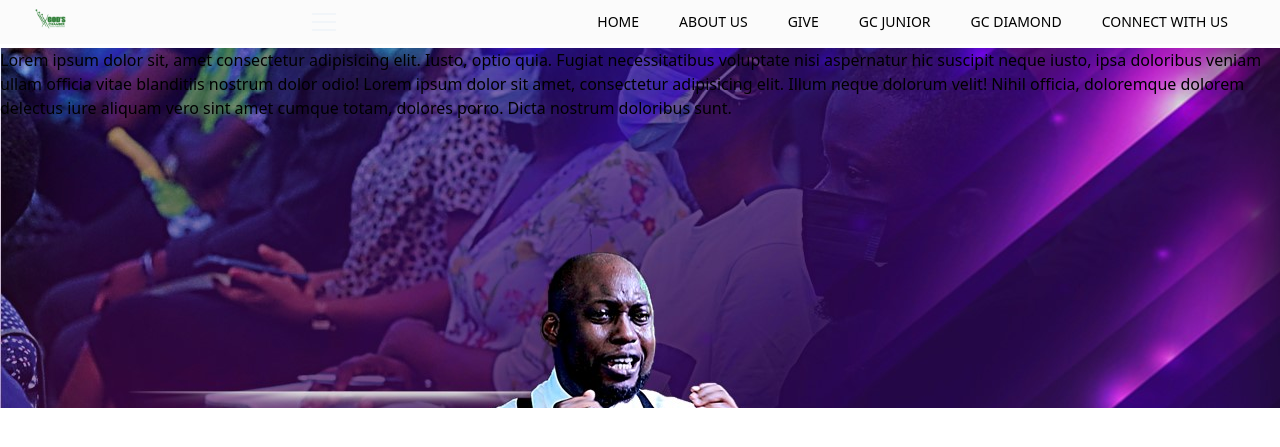
Repository: hisreal123/godschamber-church-main
Page: /
An editor plug-in stored every save of this project. The page is shown before and after a run of saves, followed by the edit.
The browser window is 1280 px wide. The pictures show the whole page.
The project was rebuilt for these pictures with package versions that can differ from the ones it lists, and the page was loaded fresh each time. The framework's server and built-in components were replaced by stand-ins that run in the browser. Also part of the build but not shown: next.config.js.

Above is the page before, as saved 2022-08-14 22:30:34.

After the next 2 saves:
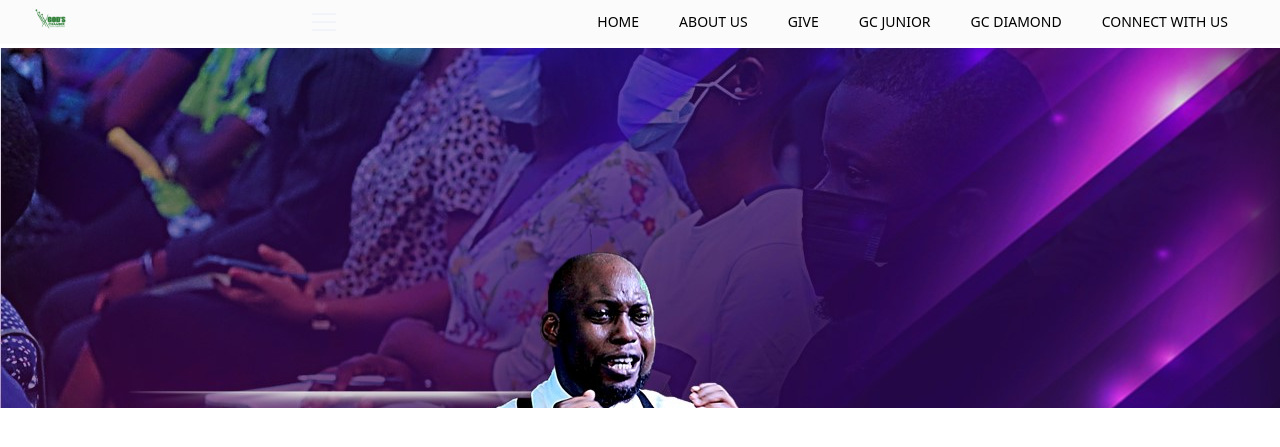
The 2 saves are shown as one change because they came seconds apart.
The last was saved 54 s later.
--- a/components/Banner.tsx
+++ b/components/Banner.tsx
@@ -2,15 +2,7 @@ import React from "react";
 
 const Banner = () => {
   return (
-    <div className=" bg-[url('/assets/Banner.jpg')] bg-no-repeat bg-center relative h-[360px] ">
-      Lorem ipsum dolor sit, amet consectetur adipisicing elit. Iusto, optio
-      quia. Fugiat necessitatibus voluptate nisi aspernatur hic suscipit neque
-      iusto, ipsa doloribus veniam ullam officia vitae blanditiis nostrum dolor
-      odio! Lorem ipsum dolor sit amet, consectetur adipisicing elit. Illum
-      neque dolorum velit! Nihil officia, doloremque dolorem delectus iure
-      aliquam vero sint amet cumque totam, dolores porro. Dicta nostrum
-      doloribus sunt.
-    </div>
+    <div className=" bg-[url('/assets/Banner.jpg')] bg-no-repeat bg-center relative h-[360px] "></div>
   );
 };
 
